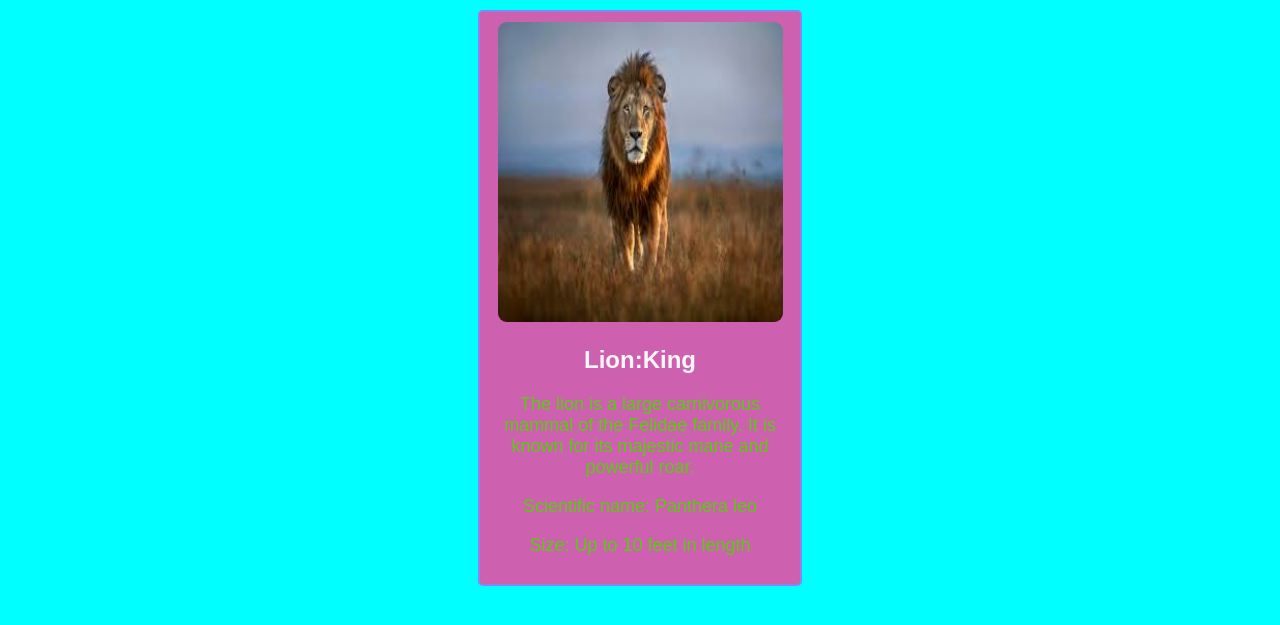
Repository: KingBoyMaylow/Animal-trading-card
Page: index.html
The author's editor kept a copy of each file at every save. The page is drawn from the files as they stood at one save, then again after the next save.
The browser window is 1280 px wide. The pictures show the whole page.

Above is the page before, as saved 2024-05-13 22:16:51.

### index.html
<!DOCTYPE html>
<html lang="en">
<head>
    <meta charset="UTF-8">
    <meta name="viewport" content="width=device-width, initial-scale=1.0">
    <title>Document</title>
</head>
<body>
    <style>
    body {
        font-family: Arial, sans-serif;
        text-align: center;
        background-color: aqua;
    }
    .card {
        width: 300px;
        border: 2px solid #8a83f1;
        border-radius: 5px;
        margin: 10px auto;
        padding: 10px;
        background-color: #ce60b0;
    }
    .card img {
        width: 95%;
        border-radius: 3%;
        height: 300px;
    }
    .card h2 {
        color: #fcf7f7;
    }
    .card p {
        color: #5acb0f;
        font-size: large;
    }
</style>
</head>
<body>
    <div class="card">
        <img src="lion.jpeg" alt="Lion">
        <h2>Lion:King</h2>
        <p>The lion is a large carnivorous mammal of the Felidae family. It is known for its majestic mane and powerful roar.</p>
        <p>Scientific name: Panthera leo</p>
        <p>Size: Up to 10 feet in length</p>

    </div>
</body>
</html>

After the next save:
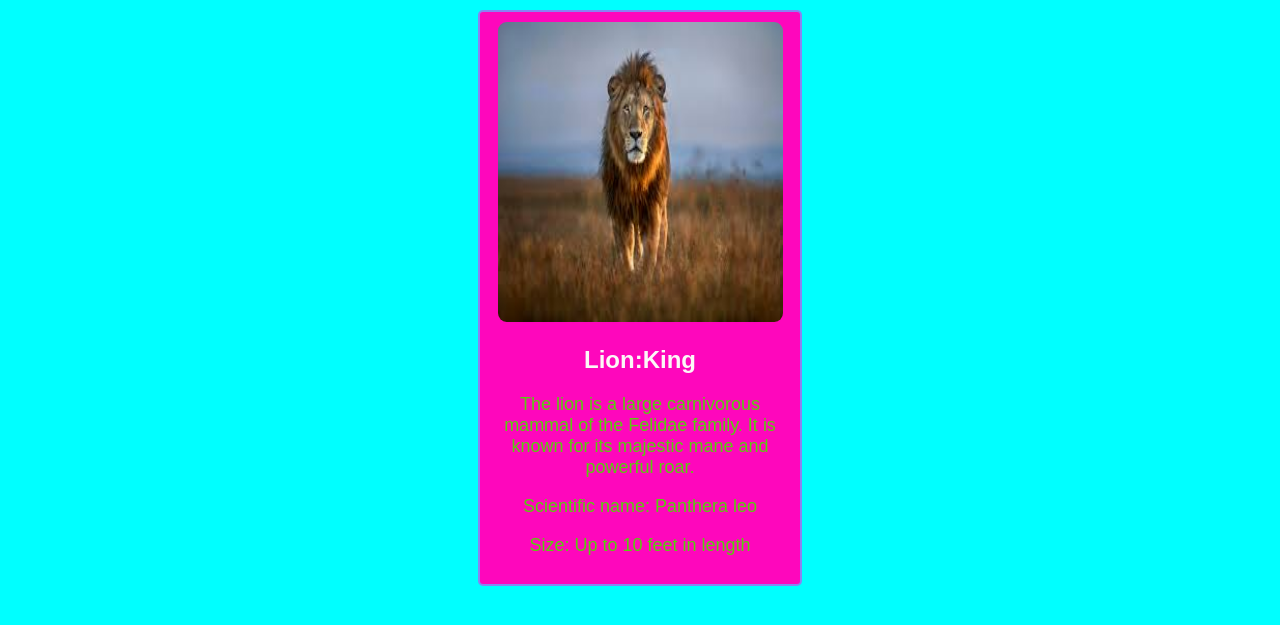
Saved 13 s later.
--- a/index.html
+++ b/index.html
@@ -18,7 +18,7 @@
         border-radius: 5px;
         margin: 10px auto;
         padding: 10px;
-        background-color: #ce60b0;
+        background-color: #fe07bc;
     }
     .card img {
         width: 95%;
